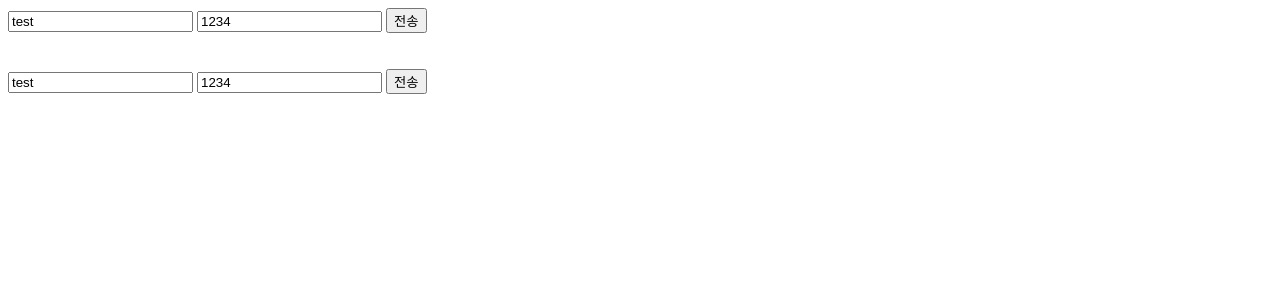
Repository: jianpark83/JSP
Page: http://localhost/web-study-01/Call.jsp
The author's editor kept a copy of each file at every save. The page is drawn from the files as they stood at one save, then again after the next save.
The browser window is 1280 px wide. The pictures show the whole page.
The page is served by Tomcat 9. Other server files are loaded and not shown.

Above is the page before, as saved 2025-03-31 08:39:11.

### web-study-01/src/main/webapp/Call.jsp
<%@ page language="java" contentType="text/html; charset=UTF-8"
    pageEncoding="UTF-8"%>
<!DOCTYPE html>
<html>
<head>
<meta charset="UTF-8">
<title>Insert title here</title>
</head>
<body>

	<form action="CallServlet" method="get">
		<input type="text" name="id" value="test">
		<input type="text" name="pw" value="1234">
		<input type="submit" value="전송">
	</form>
	<br><br>

	<form action="CallServlet" method="post">
		<input type="text" name="id" value="test">
		<input type="text" name="pw" value="1234">
		<input type="submit" value="전송">
	</form>

</body>
</html>

After the next save:
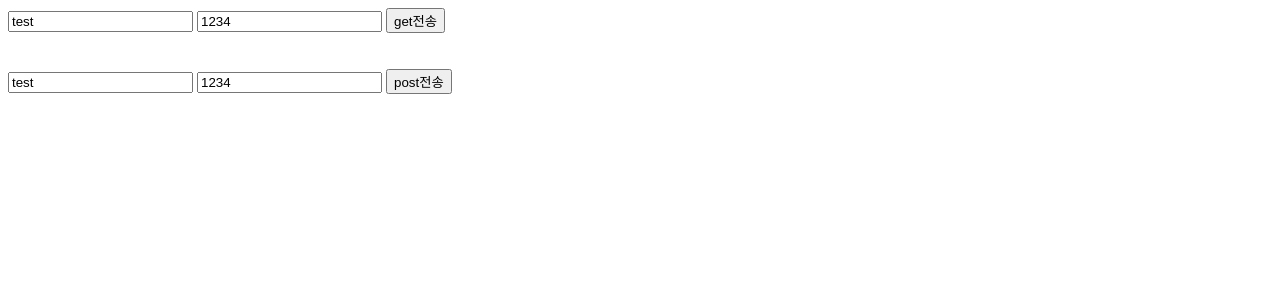
Saved 89 s later.
--- a/web-study-01/src/main/webapp/Call.jsp
+++ b/web-study-01/src/main/webapp/Call.jsp
@@ -11,14 +11,14 @@
 	<form action="CallServlet" method="get">
 		<input type="text" name="id" value="test">
 		<input type="text" name="pw" value="1234">
-		<input type="submit" value="전송">
+		<input type="submit" value="get전송">
 	</form>
 	<br><br>
 
 	<form action="CallServlet" method="post">
 		<input type="text" name="id" value="test">
 		<input type="text" name="pw" value="1234">
-		<input type="submit" value="전송">
+		<input type="submit" value="post전송">
 	</form>
 
 </body>
